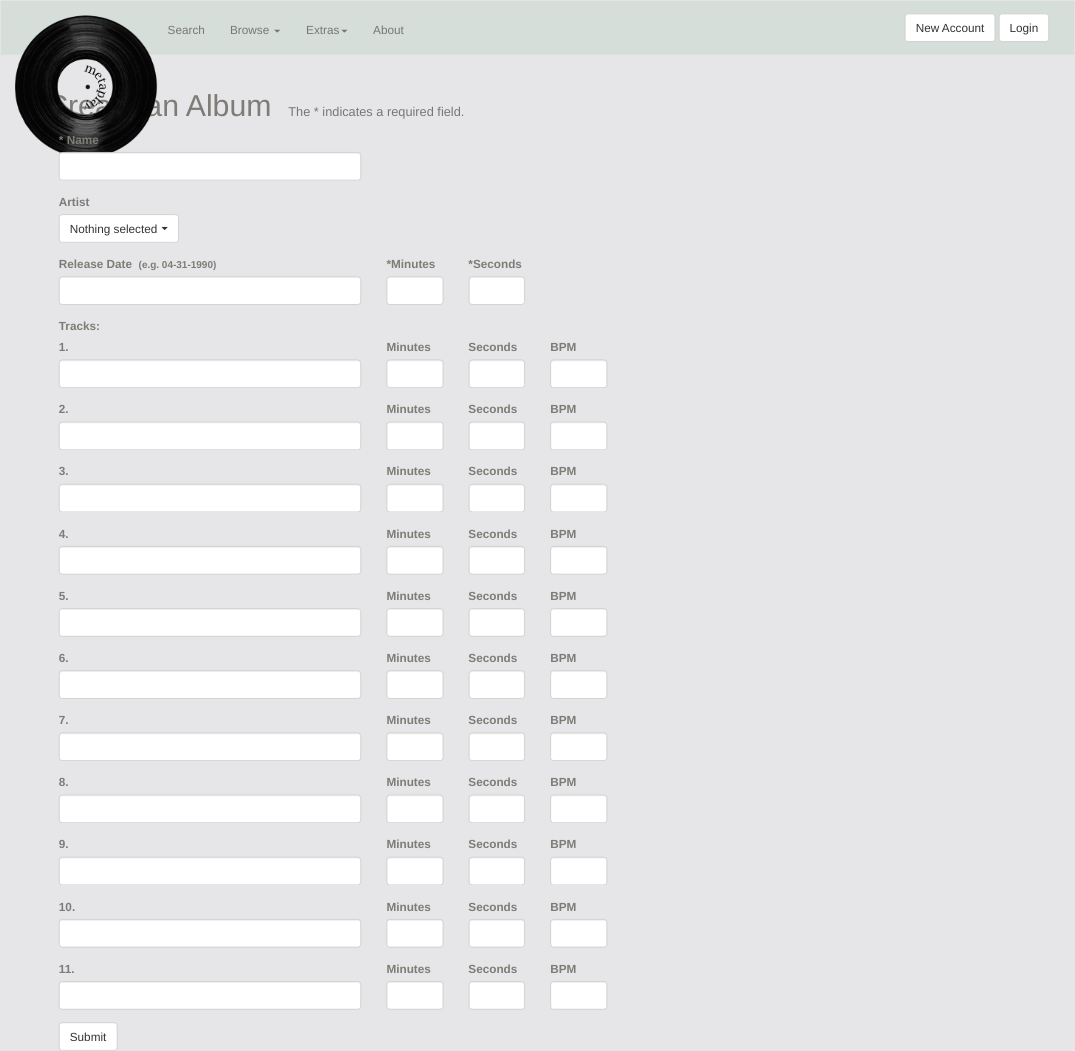
Repository: dRiott/Metaplay
Page: http://localhost/metaplay/WEB-INF/views/album_add.jsp
The author's editor kept a copy of each file at every save. The page is drawn from the files as they stood at one save, then again after the next save.
The browser window is 1280 px wide. The pictures show the whole page, at 84% of full size.
Some web libraries are served in a nearby version. The page is served by Tomcat 9. Nobody is signed in. The template is opened directly, without the code that normally fills it, so the values that code supplies are empty.

Above is the page before, as saved 2015-09-29 21:04:22.
Console error: TypeError: Cannot set properties of null (setting 'value')

After the next save:
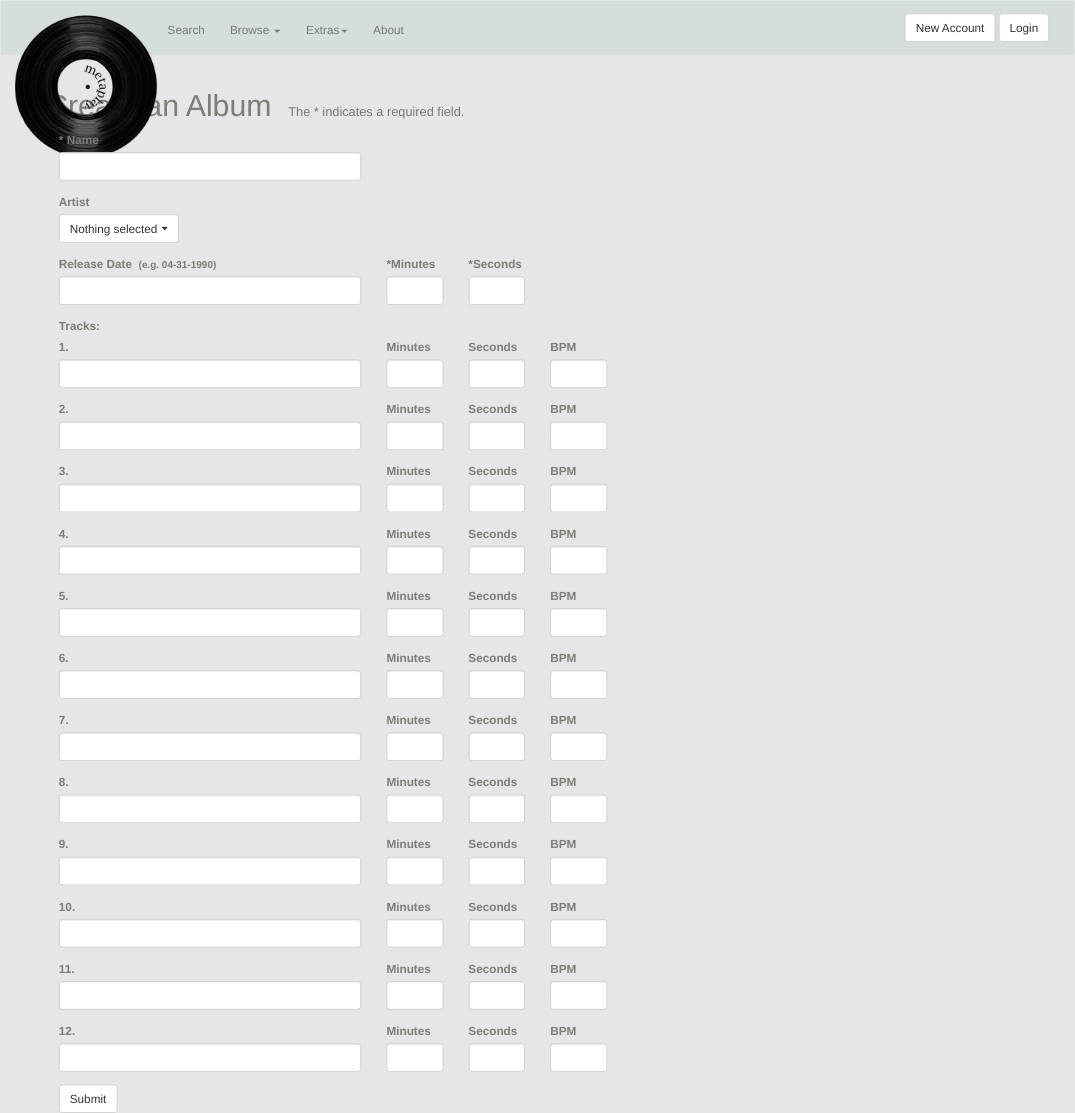
Saved 8 s later.
--- a/metaplay/src/main/webapp/WEB-INF/views/album_add.jsp
+++ b/metaplay/src/main/webapp/WEB-INF/views/album_add.jsp
@@ -344,7 +344,7 @@
 
 
 
-					<div class="row" style="display:none;" id="12">
+					<div class="row">
 						<div class="col-md-4 showNextTrack">
 							<label for="trackNumber" >12. </label>
 							<form:input path="tracks[11].name" cssClass="form-control" />
